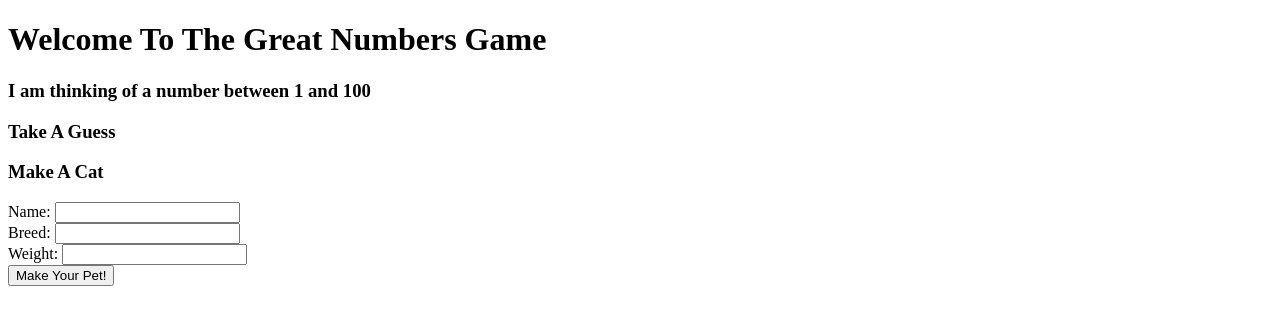
Repository: a-rydzak/Java
Page: http://localhost/GNumbers/Home
The author's editor kept a copy of each file at every save. The page is drawn from the files as they stood at one save, then again after the next save.
The browser window is 1280 px wide. The pictures show the whole page.
The page is served by Tomcat 9.

Above is the page before, as saved 2019-07-15 12:01:53.

After the next save:
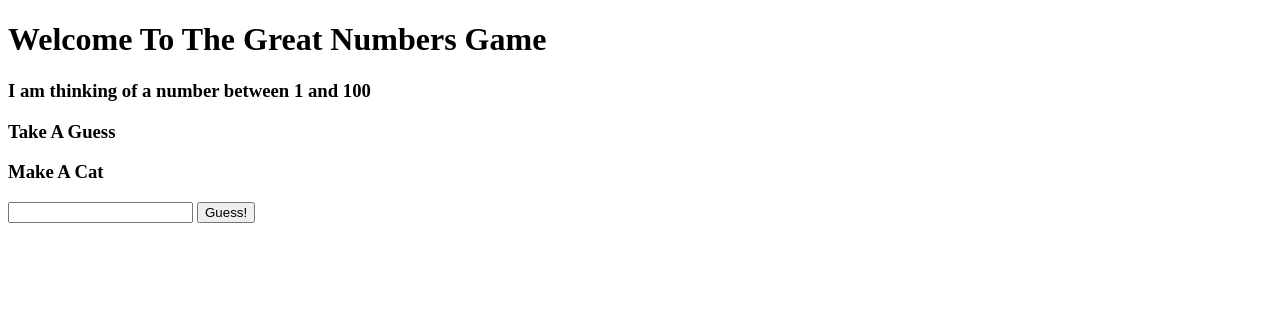
Saved 35 s later.
--- a/Java MVC/Great Number Game/GNumbers/WebContent/WEB-INF/views/Home.jsp
+++ b/Java MVC/Great Number Game/GNumbers/WebContent/WEB-INF/views/Home.jsp
@@ -16,13 +16,8 @@
 		<div class="submitForm">
 			<h3>Make A Cat</h3>
 		      <form name="submitForm" method="POST" action="Cats">
-		         Name: <input type = "text" name = "name">
-		         <br />
-		         Breed: <input type = "text" name = "breed" >
-		         <br />
-		         Weight: <input type="number" name="weight">
-		         <br />
-		         <input type = "submit" value = "Make Your Pet!" />
+		         <input type="number" name="weight">
+		         <input type = "submit" value = "Guess!" />
 		      </form>
 		</div>
 	</div>
